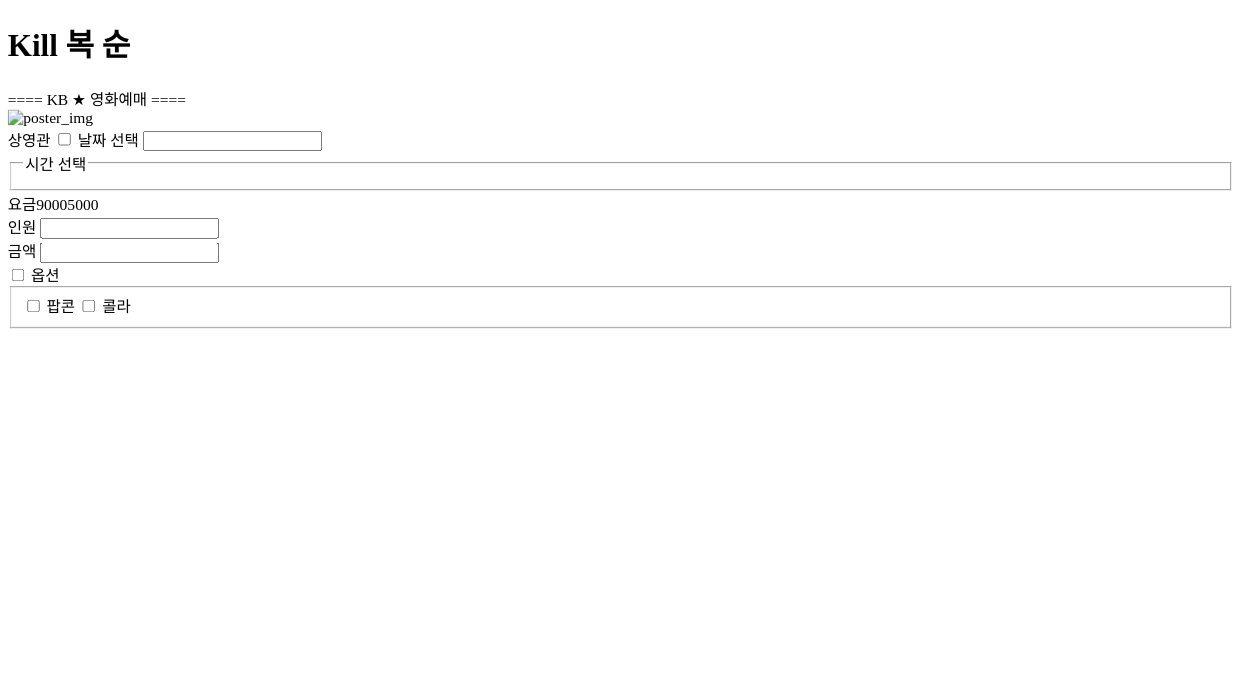
Repository: skybluelion/KB
Page: KB/work05_front/workshop/src/main/webapp/ws01_front.html
These files come from the project's save history. The page is drawn as it stood at one moment and after the next save; the edit follows.
The browser window is 1280 px wide. The pictures show the whole page, at 97% of full size.

Above is the page before, as saved 2023-04-07 07:03:05.

### KB/work05_front/workshop/src/main/webapp/ws01_front.html
<!DOCTYPE html>
<html>
<head>
<meta charset="UTF-8">
<title>킬복순 영화 예매사이트</title>
<style type="text/css">
	#wrap {
		width: 1080px;
		margin: 0 auto;
	}

	main {
		width: 500px;
		height: 960px;
		border: 2px solid red;
		align-content: center;

	}



</style>
</head>
<body>
	<div id="main">
		<div id = "top">

			<h1>Kill 복 순</h1>
			<div id="poster_kb">
			==== KB ★ 영화예매 ====
			</div>
			<img alt="poster_img" src="">

		</div>
		<div id="bottom">
			<div>
			상영관 <input type="checkbox">

			날짜 선택 <input checked="상영관">
			</div>
			<fieldset>
			<legend>시간 선택</legend>
			</fieldset>

			<div id = "money">
			<span>요금</span><span>9000</span><span>5000</span>
			</div>
			<div>인원 <input checked="인원"></div>
			<div>금액 <input checked="금액"></div>
			<div><input type="checkbox"> 옵션</div>
			<fieldset>
			<input type="checkbox"> 팝콘 <input type="checkbox"> 콜라
			</fieldset>
		</div>
	</div>
</body>
</html>

After the next save:
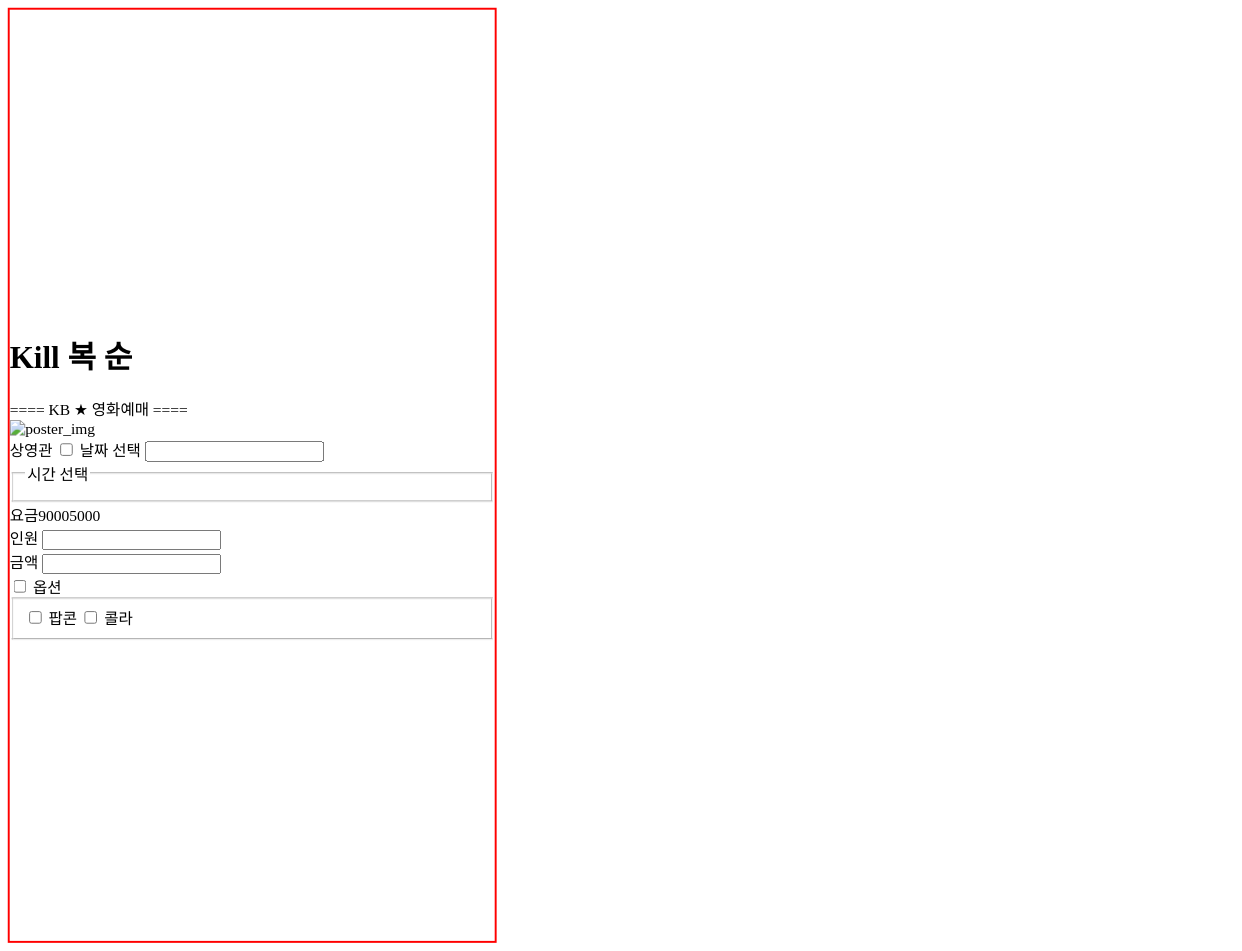
Saved 26 s later.
--- a/KB/work05_front/workshop/src/main/webapp/ws01_front.html
+++ b/KB/work05_front/workshop/src/main/webapp/ws01_front.html
@@ -9,7 +9,7 @@
 		margin: 0 auto;
 	}
 
-	main {
+	#main {
 		width: 500px;
 		height: 960px;
 		border: 2px solid red;
